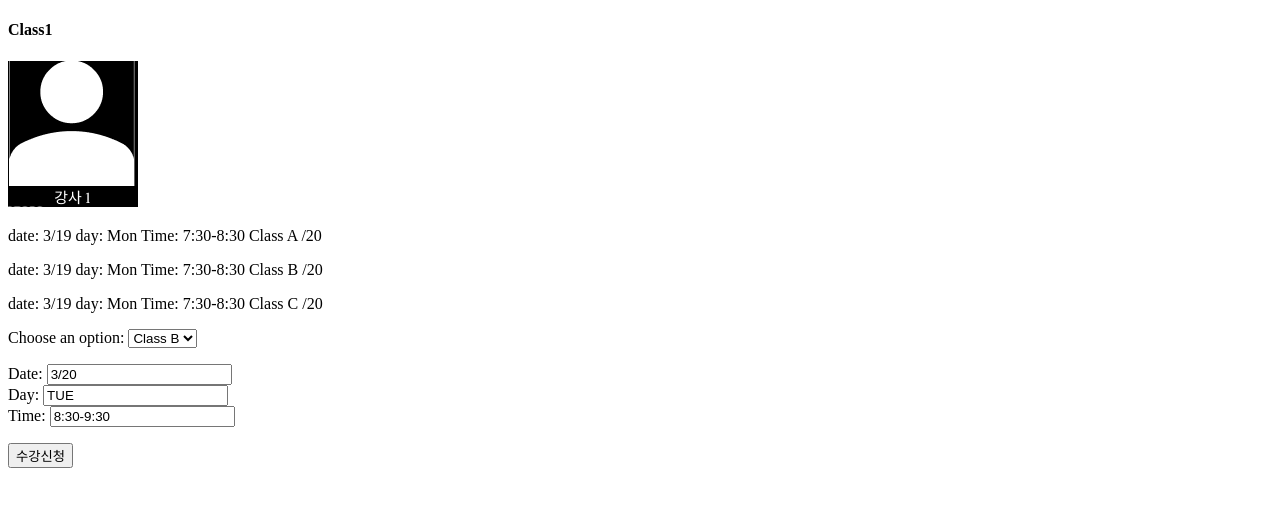
Repository: seonghun9906/semiProject
Page: http://localhost/drawAcademy/WEB-INF/views/Class/class1.jsp
These files come from the project's save history. The page is drawn as it stood at one moment and after the next save; the edit follows.
The browser window is 1280 px wide. The pictures show the whole page.
After loading, the first visible `#selectOption` was changed once.
The page is served by Tomcat 9. Nobody is signed in. The template is opened directly, without the code that normally fills it, so the values that code supplies are empty.

Above is the page before, as saved 2024-02-23 02:47:55.
Console error: SyntaxError: Unexpected token ';'

After the next save:
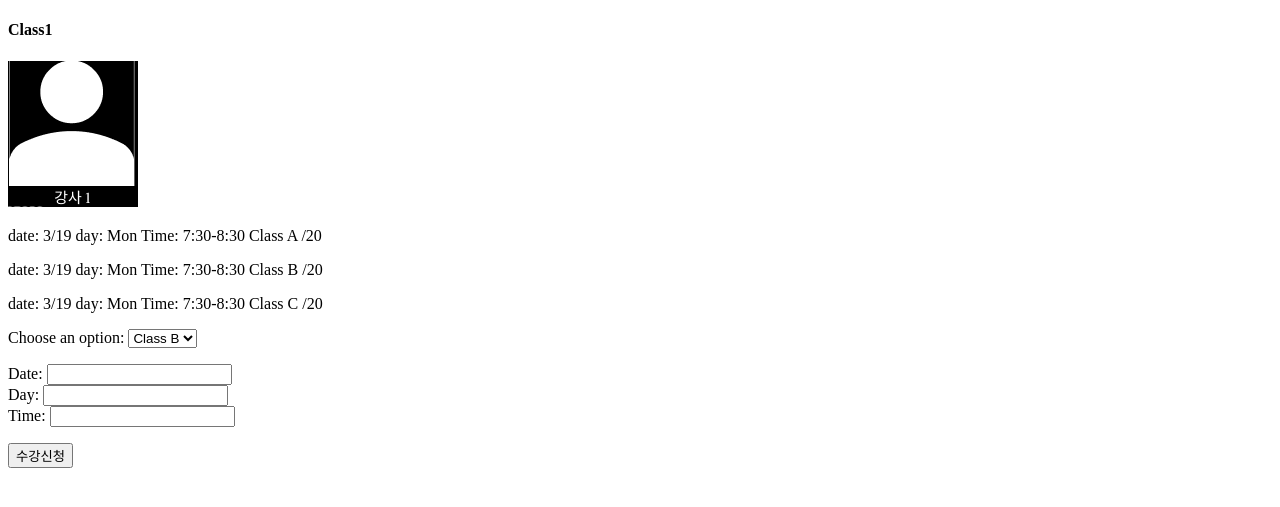
Saved 71 min 50 s later.
--- a/drawAcademy/src/main/webapp/WEB-INF/views/Class/class1.jsp
+++ b/drawAcademy/src/main/webapp/WEB-INF/views/Class/class1.jsp
@@ -79,7 +79,7 @@
         var classCheck = classCheckElement ? classCheckElement.value : null
 
 
-        if (classCheck === selectedClass) {
+        if (classCheckendsWith(selectedClass)) {
             alert("이미 수강신청한 CLASS입니다.");
 
         }

After the save that followed:
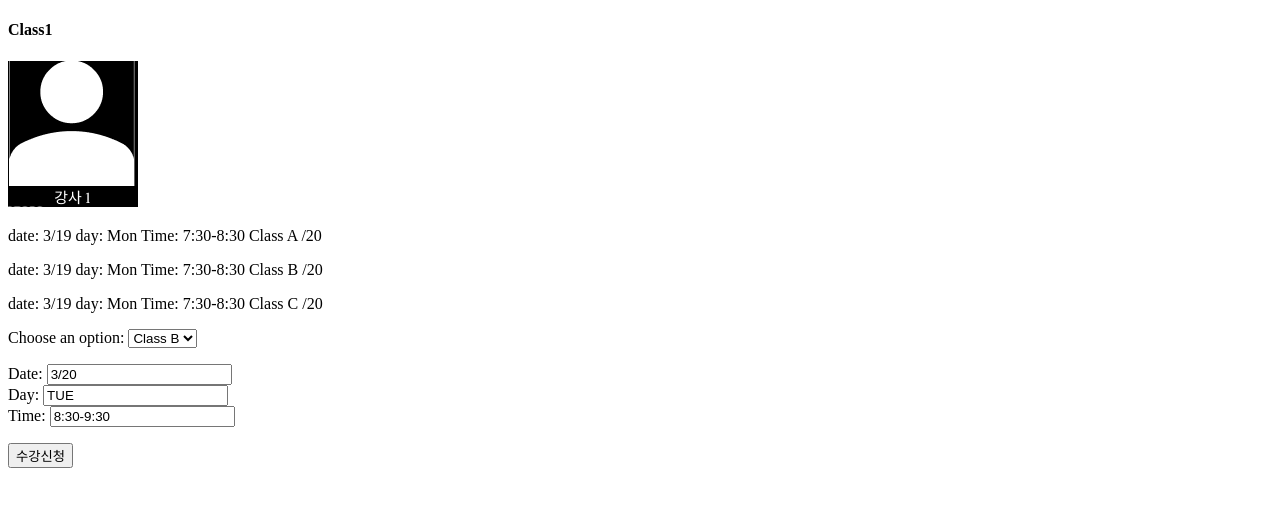
Saved 39 s later.
--- a/drawAcademy/src/main/webapp/WEB-INF/views/Class/class1.jsp
+++ b/drawAcademy/src/main/webapp/WEB-INF/views/Class/class1.jsp
@@ -74,12 +74,12 @@
         var selectedClass = $(this).val();
 
 
-        var classCheckElement = document.getElementById("classCheck_" + selectedClass);
+        var classCheckElement = document.getElementById("classCheck");
         console.log("selectedClass:", selectedClass);
         var classCheck = classCheckElement ? classCheckElement.value : null
 
 
-        if (classCheckendsWith(selectedClass)) {
+        if (classCheck == selectedClass) {
             alert("이미 수강신청한 CLASS입니다.");
 
         }
